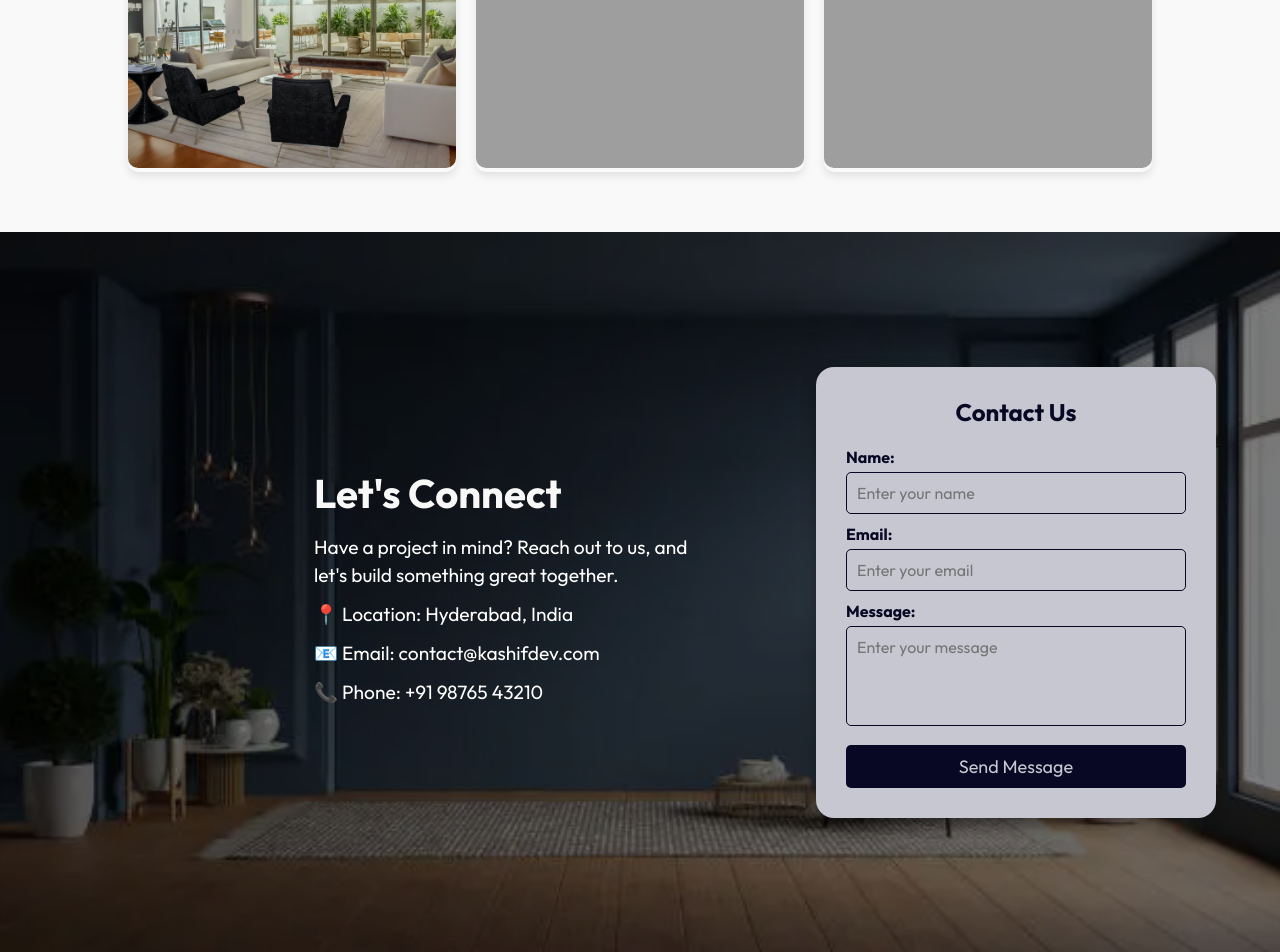
Repository: TechProjectss/Portfolio
Page: / (app in Merajweb/)
These files come from the project's save history. The page is drawn as it stood at one moment and after the next save; the edit follows.
The browser window is 1280 px wide. The pictures show the part of the page from y = 2747 to 3699 px (the page is 3699 px tall).
Pictures or frames that could not be fetched are drawn as grey boxes. The project was rebuilt for these pictures with package versions that can differ from the ones it lists, and the page was loaded fresh each time. Also part of the build but not shown: Merajweb/vite.config.js.

Above is the page before, as saved 2025-02-26 12:39:59.

After the next save:
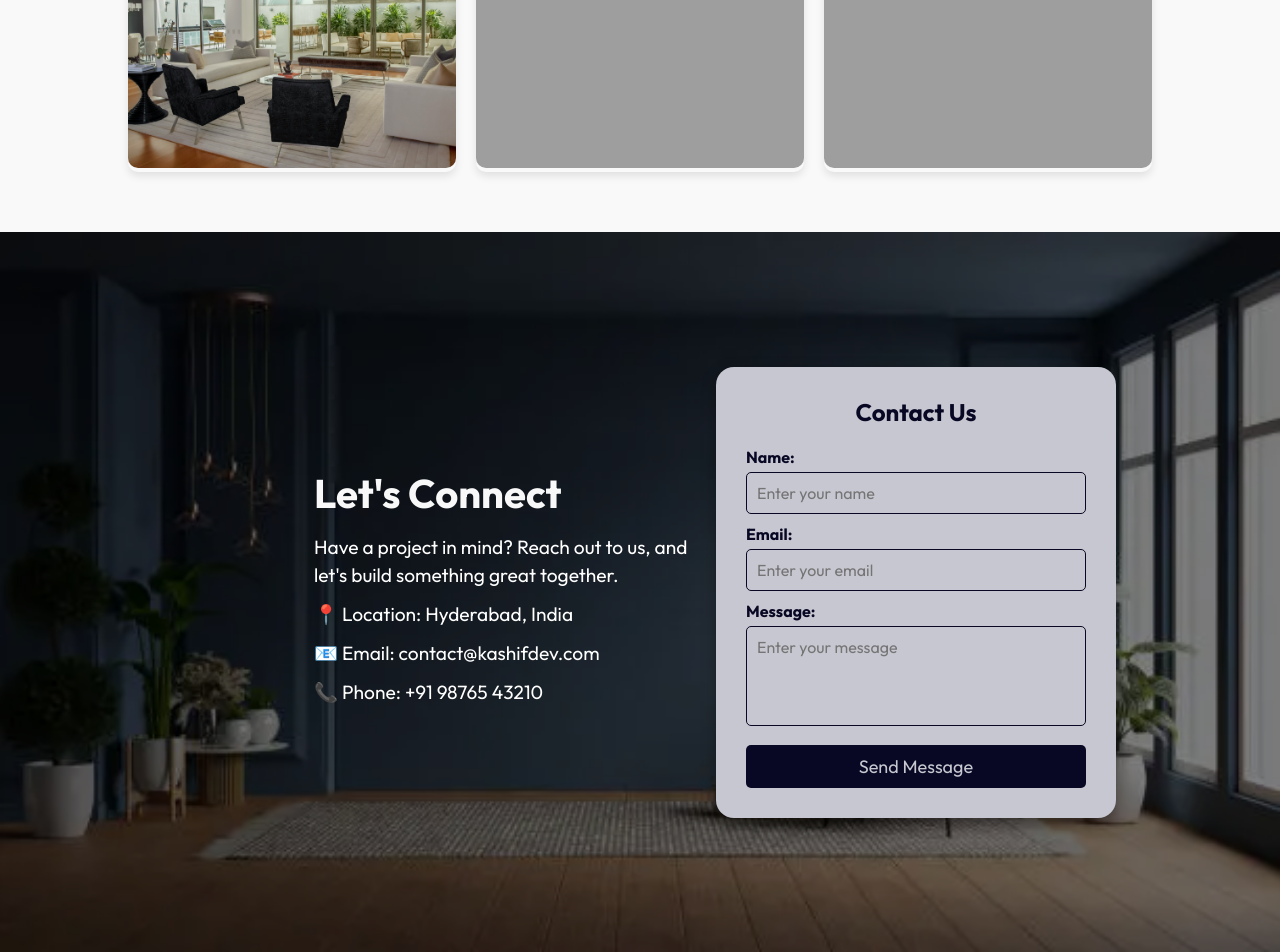
Saved 29 s later.
--- a/Merajweb/src/components/Contact/Contact.css
+++ b/Merajweb/src/components/Contact/Contact.css
@@ -47,6 +47,7 @@
     padding: 30px;
     border-radius: 18px;
     position: relative;
+    margin-right: 100px;
     z-index: 2;
     box-shadow: 0px 5px 15px rgba(0, 0, 0, 0.3);
 }
